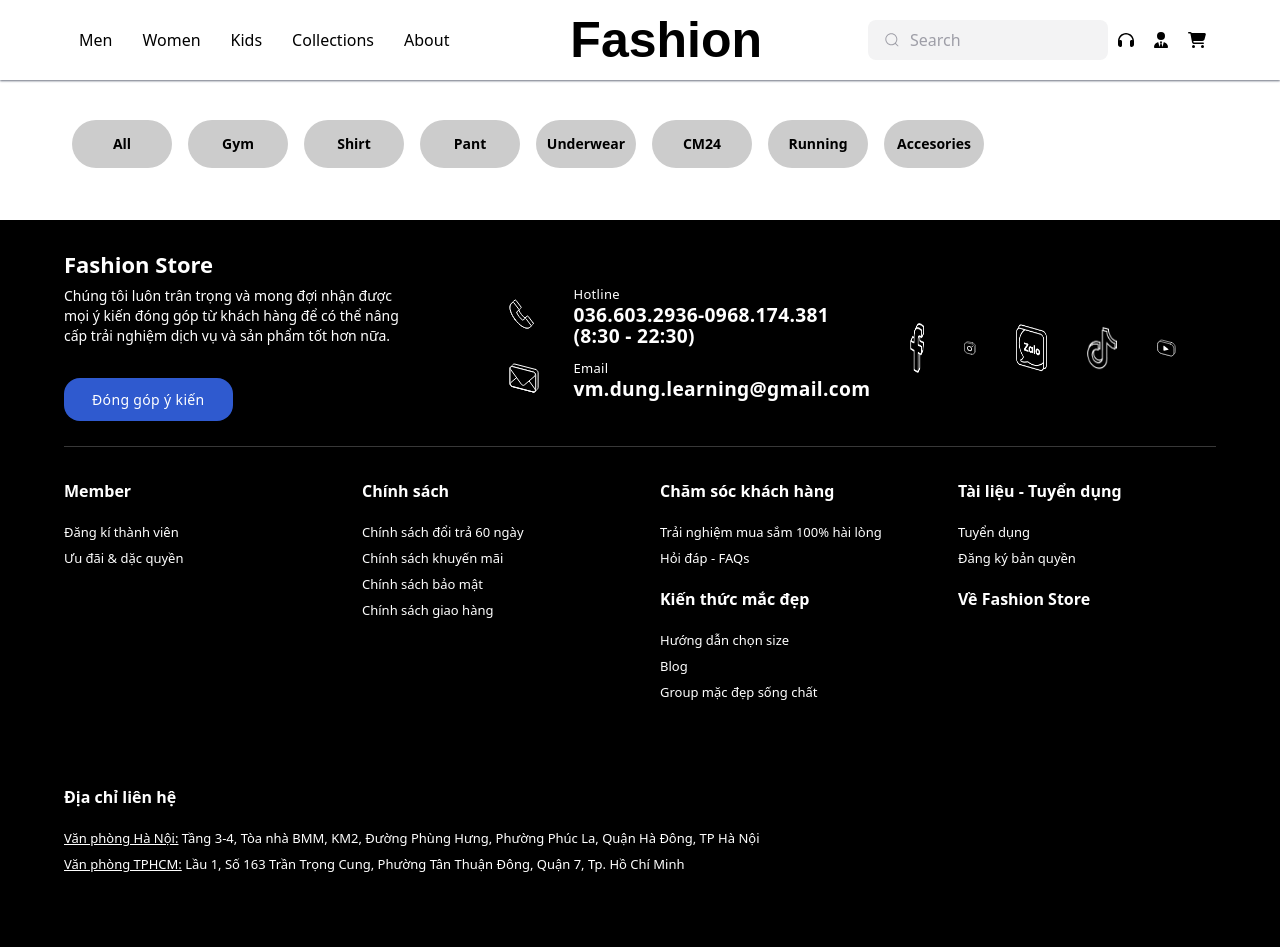
Repository: VuSnow/Software_Engineering
Page: /products
An editor plug-in stored every save of this project. The page is shown before and after the next save, followed by the edit.
The browser window is 1280 px wide. The pictures show the whole page.
The project was rebuilt for these pictures with package versions that can differ from the ones it lists, and the page was loaded fresh each time. The framework's server and built-in components were replaced by stand-ins that run in the browser. Also part of the build but not shown: next.config.js, src/components/cart/CartItem/CartItem.tsx, src/components/cart/Cart.tsx.

Above is the page before, as saved 2023-06-25 10:48:03.

After the next save:
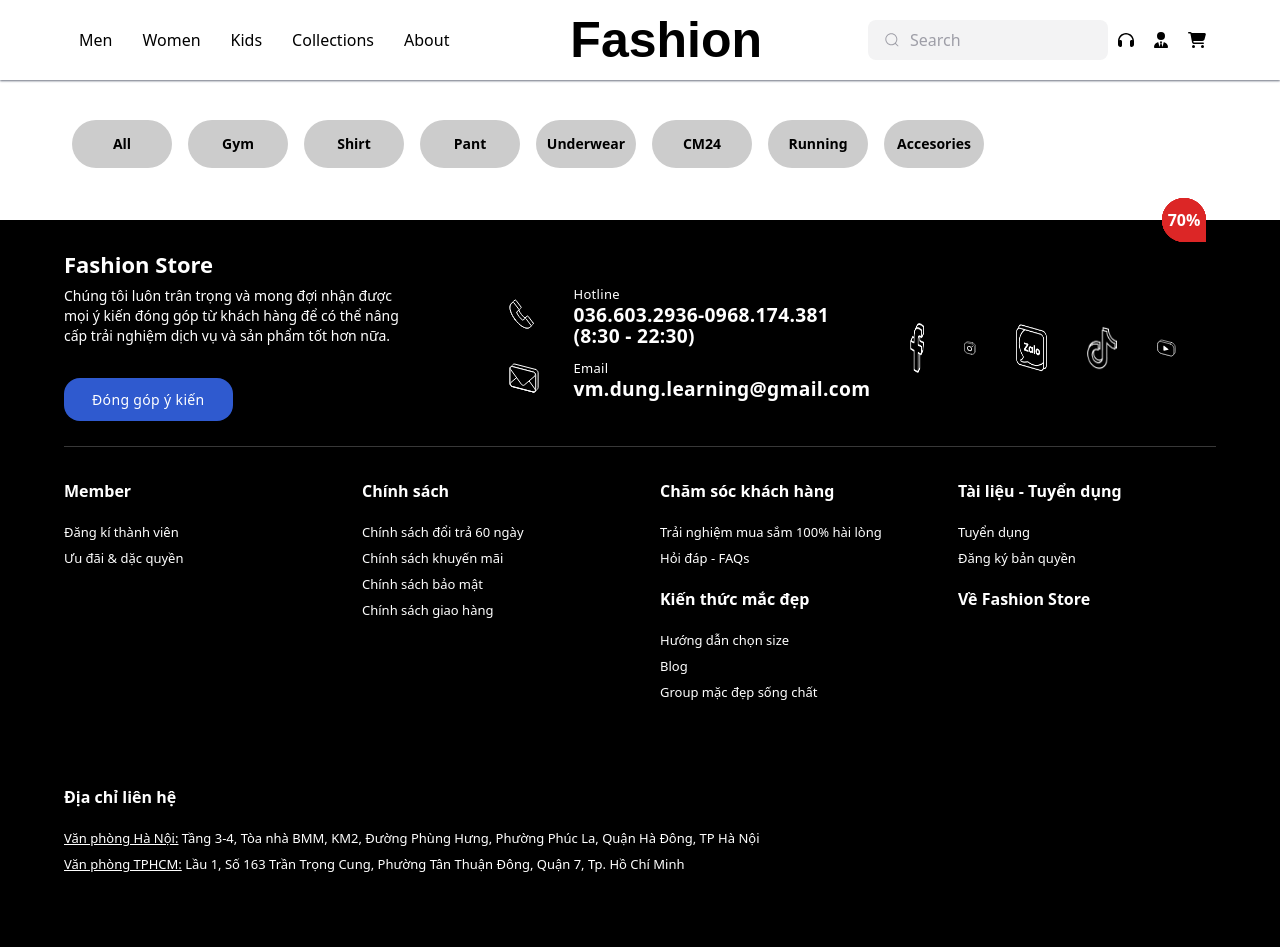
Saved 47 s later.
--- a/src/app/products/page.tsx
+++ b/src/app/products/page.tsx
@@ -103,7 +103,16 @@ const Products = () => {
         <div className="product-list">
           <div className="collection">
             {data.map((product, index) => (
-              <div className="item-product" key={index}></div>
+              <div className="item-product" key={index}>
+                <div className="product relative">
+                  {product.salePercentage !== 0 && (
+                    <div className="sale-percentage absolute top-[10px] right-[10px] z-50 bg-red-600 h-11 w-11 flex justify-center items-center rounded-t-full rounded-bl-full text-base font-semibold text-white">
+                      {product.salePercentage}
+                      <span>%</span>
+                    </div>
+                  )}
+                </div>
+              </div>
             ))}
           </div>
         </div>
